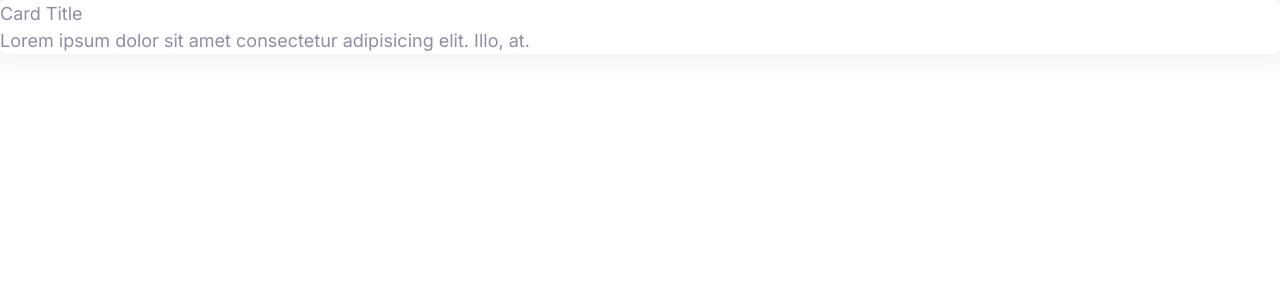
Repository: Qiwenweiii/CodeWithMosh
Page: index.html
These files come from the project's save history. The page is drawn as it stood at one moment and after the next save; the edit follows.
The browser window is 1280 px wide. The pictures show the whole page.

Above is the page before, as saved 2021-11-11 21:53:35.

### index.html
<!DOCTYPE html>
<html>

<head>
    <title>CodeWithMosh</title>
    <meta charset="UTF-8" />

    <link rel="preconnect" href="https://fonts.googleapis.com" />
    <link rel="preconnect" href="https://fonts.gstatic.com" crossorigin />
    <link href="https://fonts.googleapis.com/css2?family=Inter:wght@400;600;700&display=swap" rel="stylesheet" />

    <link rel="stylesheet" href="./styles/normalize.css" />
    <link rel="stylesheet" href="./styles/styles.css" />
</head>

<body>
    <div>
        <div class="card">
            <header class="card__header">Card Title</header>
            <div class="card__body">
                Lorem ipsum dolor sit amet consectetur adipisicing elit. Illo, at.
            </div>
        </div>
    </div>
</body>

</html>

### styles/styles.css
:root {
    /* 定义配色变量 */
    /* 主体配色 */
    --color-primary: #2584ff;
    --color-secondary: #00d9ff;
    --color-accent: #ff3400;
    /* 文本配色 */
    --color-headings: #1b0760;
    --color-body: #918ca4;
    --color-border: #ccc;
    --border-radius: 30px;
}

*,
*::before,
*::after {
    box-sizing: border-box;
}


/* 字体配置 */


/* 设置默认字体大小 */

html {
    /* 默认字体大小是16px，62.5%是10px */
    font-size: 62.5%;
}


/* 设置字体，字体大小和文本颜色 */

body {
    font-family: Inter, Arial, Helvetica, sans-serif;
    color: var(--color-body);
    font-size: 2.4rem;
    line-height: 1.5;
}

h1,
h2,
h3 {
    color: var(--color-headings);
    margin-bottom: 1rem;
}

h1 {
    font-size: 7rem;
}

h2 {
    font-size: 4rem;
}

h3 {
    font-size: 3rem;
}

p {
    margin-top: 0;
}


/* PC端页面字体大小 */

@media screen and (min-width: 1024px) {
    body {
        font-size: 1.8rem;
    }
    h1 {
        font-size: 8rem;
    }
    h3 {
        font-size: 2.4rem;
    }
}


/* 链接配置,Links */

a {
    text-decoration: none;
}

.link-arrow {
    color: var(--color-accent);
    text-transform: uppercase;
    font-size: 2rem;
    font-weight: bold;
}

.link-arrow::after {
    content: "-->";
    margin-left: 5px;
    transition: margin 0.15s;
}

.link-arrow:hover::after {
    margin-left: 10px;
}

@media screen and (min-width: 1024px) {
    .link-arrow {
        font-size: 1.5rem;
    }
}


/* 标签的样式 */


/* 结构 */

.badge {
    border-radius: 20px;
    padding: 0.5rem 2rem;
    font-weight: 600;
    font-size: 2rem;
    white-space: nowrap;
}


/* 外观，常规标签 */

.badge--primary {
    background: var(--color-primary);
    color: #fff;
}

.badge--secondary {
    background: var(--color-secondary);
    color: #fff;
}


/* 小标签 */

.badge--small {
    font-size: 1.6rem;
}

@media screen and (min-width: 1024px) {
    .badge {
        font-size: 1.5rem;
    }
    .badge--small {
        font-size: 1.2rem;
    }
}


/* 列表 */

.list {
    list-style: none;
    padding-left: 0;
    color: var(--color-headings);
}

.list--inline .list__item {
    display: inline-block;
    margin-right: 2rem;
}

.list--tick {
    padding-left: 3rem;
    list-style-image: url(../images/tick.svg);
}

.list--tick .list__item {
    padding-left: 0.5rem;
    margin-bottom: 1rem;
}

@media screen and (min-width: 1024px) {
    .list--tick .list__item {
        padding-left: 0;
    }
}


/* Icon，图标 */

.icon-container {
    display: flex;
    justify-content: center;
    align-items: center;
    background: #f3f9fa;
    width: 64px;
    height: 64px;
    border-radius: 100%;
}

.icon {
    width: 40px;
    height: 40px;
}

.icon--primary {
    fill: var(--color-primary);
}


/* 按钮组件 */

.btn {
    font-size: 1.8rem;
    font-weight: 600;
    text-transform: uppercase;
    text-align: center;
    padding: 2rem 3rem;
    margin: 1rem 0;
    border: 0;
    border-radius: 40px;
    cursor: pointer;
    white-space: nowrap;
}

.btn--primary {
    background-color: var(--color-primary);
    color: #fff;
}

.btn--primary:hover {
    background-color: #3a8ffd;
}

.btn--secondary {
    background-color: var(--color-secondary);
    color: #fff;
}

.btn--secondary:hover {
    background-color: #00c8eb;
}

.btn--accent {
    background-color: var(--color-accent);
    color: #fff;
}

.btn--accent:hover {
    background-color: #ec3000;
}

.btn--outline {
    background-color: #fff;
    color: var(--color-headings);
    border: 2px solid var(--color-headings);
}

.btn--outline:hover {
    background-color: var(--color-headings);
    color: #fff;
}

.btn--block {
    width: 100%;
    display: inline-block;
}

@media screen and (min-width: 1024px) {
    .btn {
        font-size: 1.5rem;
    }
}


/* 输入框组件 */

.input {
    padding: 1.5rem 3.5rem;
    border: 1px solid var(--color-border);
    border-radius: var(--border-radius);
    outline: none;
    color: var(--color-headings);
    font-size: 2rem;
}

::placeholder {
    color: #cdcdb7;
}

.input-group {
    display: flex;
    border: 1px solid var(--color-border);
    border-radius: var(--border-radius);
}

.input-group .input {
    border: 0;
    flex-grow: 1;
    /* 按钮在左侧时，或者左侧有其他内容时新增这一句 */
    /* padding: 1.5rem 1rem; */
}

.input-group .btn {
    margin: 4px;
}

@media screen and (min-width: 1024px) {
    .input {
        font-size: 1.5rem;
    }
}


/* 卡片模块 */

.card {
    border-radius: 7px;
    box-shadow: 0 0 20px 10px #f3f3f3;
}

Loaded but not shown: styles/normalize.css (library)

After the next save:
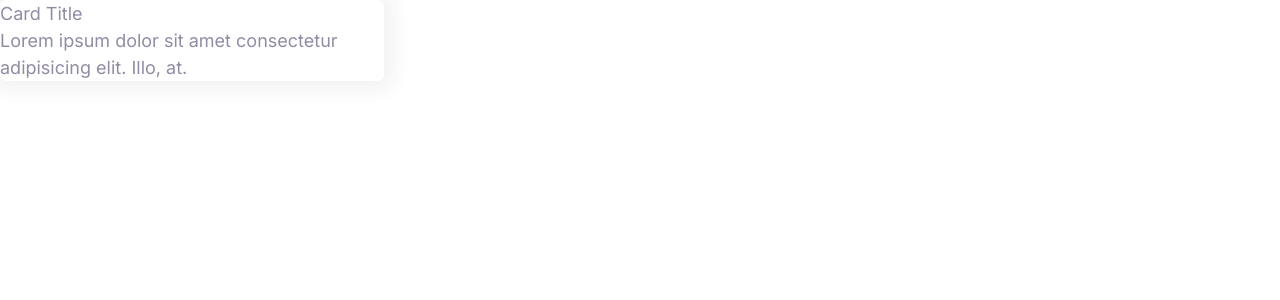
Saved 11 s later.
--- a/index.html
+++ b/index.html
@@ -14,7 +14,7 @@
 </head>
 
 <body>
-    <div>
+    <div style="width: 30%">
         <div class="card">
             <header class="card__header">Card Title</header>
             <div class="card__body">
